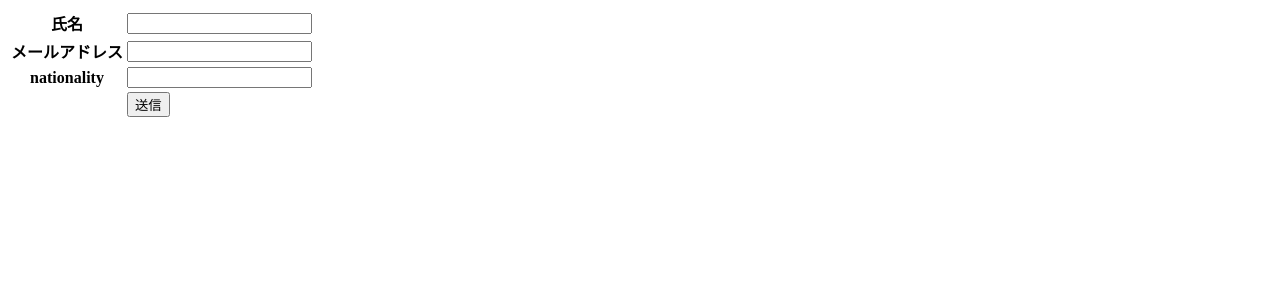
Repository: masanarimiura/20220618_miura
Page: http://localhost/
An editor plug-in stored every save of this project. The page is shown before and after a run of saves, followed by the edit.
The browser window is 1280 px wide. The pictures show the whole page.
The page is served by the project's Laravel application, run on PHP 8.4 with Laravel 8. Other server files are loaded and not shown.

Above is the page before, as saved 2022-06-18 11:51:44.

### routes/web.php
<?php

use Illuminate\Support\Facades\Route;
use App\Http\Controllers\TaskController;

Route::get('/', [TaskController::class, 'index']);
Route::post('/', [TaskController::class, 'post']);

### app/Http/Controllers/TaskController.php
<?php

namespace App\Http\Controllers;

use App\Models\Customer;
use Illuminate\Http\Request;

class TaskController extends Controller
{
    public function index()
    {
        return view('index');
    }
    public function find()
    {
        return view('find', ['input' => '']);
    }
    public function search(Request $request)
    {
        $item = Author::where('name', 'LIKE',"%{$request->input}%")->first();
        $param = [
            'input' => $request->input,
            'item' => $item
        ];
        return view('find', $param);
    }
    public function bind(Author $author)
    {
        $data = [
            'item'=>$author,
        ];
        return view('author.binds', $data);
    }
    public function add()
    {
        return view('add');
    }
    public function create(Request $request)
    {
        $this->validate($request, Author::$rules);
        $form = $request->all();
        Author::create($form);
        return redirect('/');
    }
}

### resources/views/index.blade.php
<!DOCTYPE html>
<html lang="ja">

<head>
  <meta charset="UTF-8">
  <meta name="viewport" content="width=device-width, initial-scale=1.0">
  <title>top</title>
</head>

<body>
  @if (count($errors) > 0)
<ul>
  @foreach ($errors->all() as $error)
  <li>
    {{$error}}
  </li>
  @endforeach
</ul>
@endif
<form action="/" method="post">
  <table>
    @csrf
    <tr>
      <th>
        氏名
      </th>
      <td>
        <input type="text" name="name">
      </td>
    </tr>
    <tr>
      <th>
        メールアドレス
      </th>
      <td>
        <input type="email" name="email">
      </td>
    </tr>
    <tr>
      <th>
        nationality
      </th>
      <td>
        <input type="text" name="nationality">
      </td>
    </tr>
    <tr>
      <th></th>
      <td>
        <button>送信</button>
      </td>
  </table>
</form>
</body>
</html>

Loaded but not shown: app/Http/Controllers/Controller.php (common file)

After the next 2 saves:
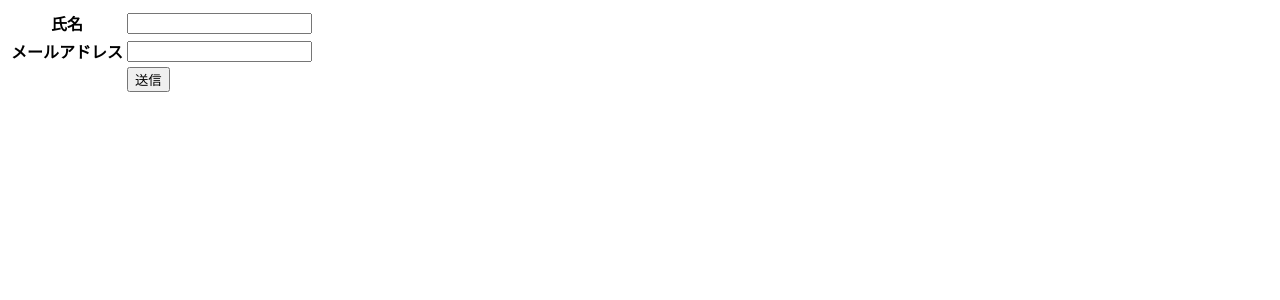
The 2 saves are shown as one change because they came seconds apart.
The last was saved 12 s later.
--- a/resources/views/index.blade.php
+++ b/resources/views/index.blade.php
@@ -37,14 +37,6 @@
       </td>
     </tr>
     <tr>
-      <th>
-        nationality
-      </th>
-      <td>
-        <input type="text" name="nationality">
-      </td>
-    </tr>
-    <tr>
       <th></th>
       <td>
         <button>送信</button>
